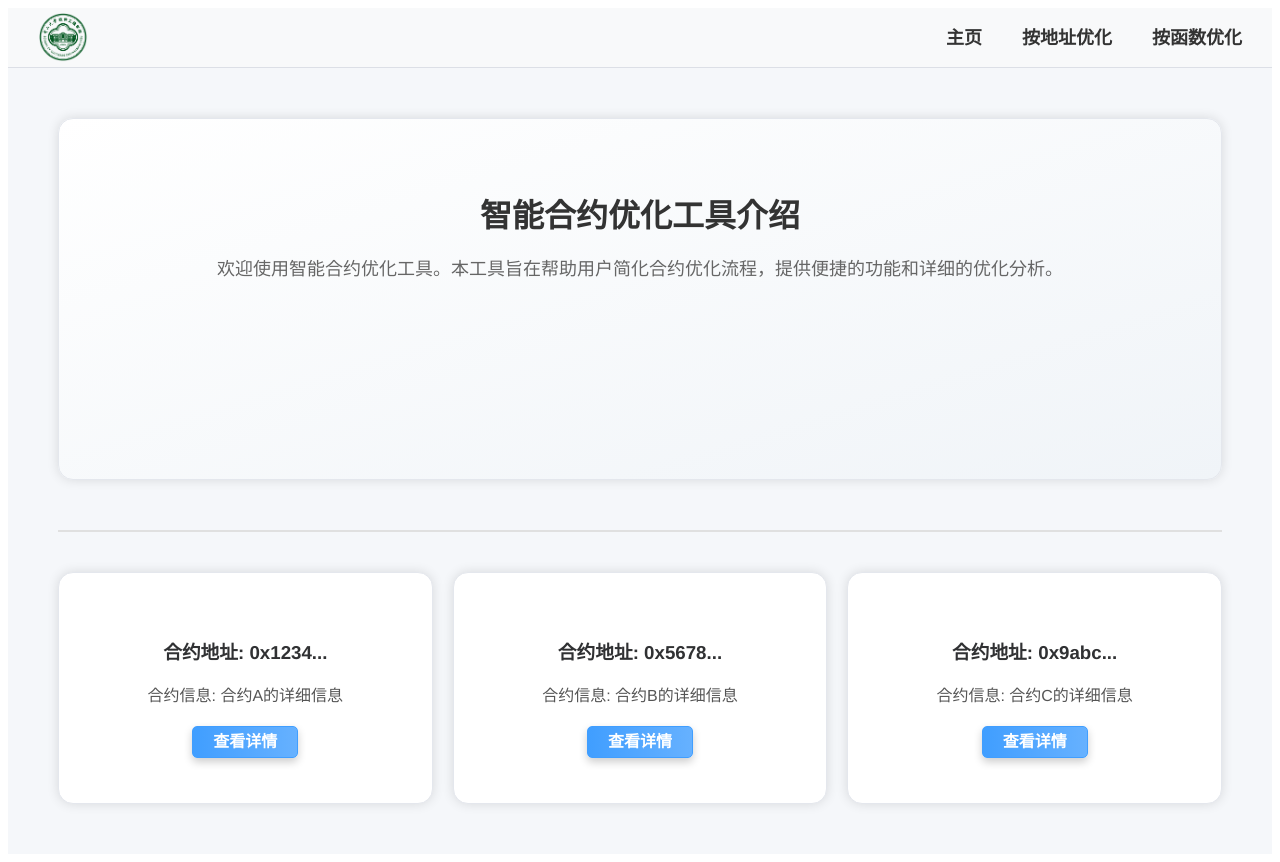
Repository: syckcoding/SmartHalo
Page: /
The author's editor kept a copy of each file at every save. The page is drawn from the files as they stood at one save, then again after the next save.
The browser window is 1280 px wide. The pictures show the whole page.
The project was rebuilt for these pictures with package versions that can differ from the ones it lists, and the page was loaded fresh each time. Also part of the build but not shown: vite.config.js, src/views/Detail.vue, src/components/AddressOptimization.vue, src/components/FunctionOptimization.vue.

Above is the page before, as saved 2024-10-06 10:17:09.

### src/main.js
import { createApp } from 'vue';
import App from './App.vue';
import router from './router';
import ElementPlus from 'element-plus';
import 'element-plus/dist/index.css';

createApp(App).use(router).use(ElementPlus).mount('#app');

### src/App.vue
<template>
  <div id="app">
    <Navbar />
    <router-view />
  </div>
</template>

<script>
import Navbar from './components/Navbar.vue';

export default {
  components: {
    Navbar,
  },
};
</script>

<style>
/* 样式设置 */
#app {
  font-family: Avenir, Helvetica, Arial, sans-serif;
  text-align: center;
  color: #2c3e50;
}
</style>

### src/router/index.js
import { createRouter, createWebHistory } from 'vue-router';
import Home from '../views/Home.vue';
import Detail from '../views/Detail.vue';
import AddressOptimization from '@/components/AddressOptimization.vue';
import FunctionOptimization from '@/components/FunctionOptimization.vue';

const routes = [
  { path: '/', name: 'Home', component: Home },
  { path: '/detail/:id', name: 'Detail', component: Detail, props: true },
  { path: '/address-optimization', name: 'AddressOptimization', component: AddressOptimization },
  { path: '/function-optimization', name: 'FunctionOptimization', component: FunctionOptimization },
];

const router = createRouter({
  history: createWebHistory(process.env.BASE_URL),
  routes,
});

export default router;

### src/components/Navbar.vue
<template>
  <el-menu :default-active="activeIndex" class="el-menu-demo" mode="horizontal" router>
    <el-menu-item index="0" class="logo-item">
      <img src="@/assets/intro-image.png" alt="工具LOGO" class="intro-logo" />
    </el-menu-item>
    <div class="menu-right">
      <el-menu-item index="1" @click="goToHome">主页</el-menu-item>
      <el-menu-item index="2" @click="goToAddressOptimization">按地址优化</el-menu-item>
      <el-menu-item index="3" @click="goToFunctionOptimization">按函数优化</el-menu-item>
    </div>
  </el-menu>
</template>

<script>
export default {
  data() {
    return {
      activeIndex: '1',
    };
  },
  methods: {
    goToHome() {
      this.activeIndex = '1';
      this.$router.push({ name: 'Home' });
    },
    goToAddressOptimization() {
      this.activeIndex = '2';
      this.$router.push({ name: 'AddressOptimization' });
    },
    goToFunctionOptimization() {
      this.activeIndex = '3';
      this.$router.push({ name: 'FunctionOptimization', params: { mode: 'function' } });
    },
  },
};
</script>

<style scoped>
.el-menu-demo {
  background-color: #f8f9fa;  /* 浅灰色背景，与主页阴影一致 */
  color: #333;
  padding: 10px;
  display: flex;  /* 使用Flex布局 */
  align-items: center;
  justify-content: space-between; /* 主轴两端对齐，使左侧logo与右侧菜单分别靠边 */
}

.logo-item {
  pointer-events: none;
}

.intro-logo {
  width: 50px;
  height: 50px;
  margin-right: 20px;
}

.el-menu-demo .el-menu-item {
  color: #333;
  font-size: 18px;
  font-weight: bold;
  padding: 0 20px;
  transition: color 0.3s ease;
}

.menu-right {
  display: flex;
}
</style>

### src/views/Home.vue
<template>
    <div>
      <HomePage />
    </div>
  </template>

  <script>
  import HomePage from '../components/HomePage.vue';

  export default {
    components: {
      HomePage,
    },
  };
  </script>

  <style scoped>
  /* 可根据需要添加样式 */
  </style>

### src/components/HomePage.vue
<template>
  <div class="home">
    <el-row :gutter="20" class="intro-section">
      <el-col :span="24">
        <el-card class="intro-card">
          <h1 class="intro-title">智能合约优化工具介绍</h1>
          <p class="intro-description">欢迎使用智能合约优化工具。本工具旨在帮助用户简化合约优化流程，提供便捷的功能和详细的优化分析。</p>
        </el-card>
      </el-col>
    </el-row>

    <div class="divider"></div>

    <el-row :gutter="20" class="contracts">
      <el-col :span="8" v-for="contract in contracts" :key="contract.id">
        <el-card class="box-card">
          <div class="card-header">
            <h3>合约地址: {{ contract.address }}</h3>
          </div>
          <div class="card-content">
            <p>合约信息: {{ contract.info }}</p>
          </div>
          <div class="card-actions center-button">
            <el-button type="primary" @click="viewDetails(contract.id)" class="details-button">
              <i class="el-icon-search"></i> 查看详情
            </el-button>
          </div>
        </el-card>
      </el-col>
    </el-row>
  </div>
</template>

<script>
export default {
  data() {
    return {
      contracts: [
        { id: 1, address: '0x1234...', info: '合约A的详细信息' },
        { id: 2, address: '0x5678...', info: '合约B的详细信息' },
        { id: 3, address: '0x9abc...', info: '合约C的详细信息' },
      ],
    };
  },
  methods: {
    viewDetails(contractId) {
      this.$router.push({ name: 'Detail', params: { id: contractId } });
    },
  },
};
</script>

<style scoped>
.home {
  padding: 50px;
  background-color: #f5f7fa; /* 柔和的浅灰色背景，减少视觉疲劳 */
}
.intro-section {
  margin-bottom: 50px;
}
.intro-card {
  padding: 30px;
  min-height: 300px;
  background: linear-gradient(to bottom right, #ffffff, #f0f4f8); /* 添加背景渐变，使卡片更具视觉吸引力 */
  border-radius: 15px; /* 增加圆角，使卡片更柔和 */
  box-shadow: 0 6px 12px rgba(0, 0, 0, 0.1); /* 加深阴影，突出卡片效果 */
}
.intro-title {
  font-size: 32px;
  font-weight: bold;
  color: #333;
  margin-bottom: 15px;
}
.intro-description {
  font-size: 18px;
  color: #666;
}
.intro-features {
  margin-top: 20px;
  padding-left: 20px;
  font-size: 16px;
  color: #666;
}
.intro-features li {
  margin-bottom: 10px;
}
.divider {
  height: 2px;
  background-color: #e0e0e0;
  margin: 40px 0; /* 增加顶部和底部间距，分隔引导和合约部分 */
}
.contracts {
  margin-top: 40px;
}
.box-card {
  padding: 25px;
  background-color: #ffffff;
  border-radius: 15px;
  box-shadow: 0 6px 12px rgba(0, 0, 0, 0.1);
  transition: transform 0.3s ease, box-shadow 0.3s ease; /* 添加阴影和位置变化的过渡效果 */
}
.box-card:hover {
  transform: translateY(-8px);
  box-shadow: 0 12px 24px rgba(0, 0, 0, 0.15); /* 悬停时增加阴影，提升卡片的层次感 */
}
.card-header {
  margin-bottom: 15px;
}
.card-content {
  font-size: 16px;
  color: #555;
  margin-bottom: 20px;
}
.card-actions {
  text-align: center;
  display: flex;
  justify-content: center;
  align-items: center;
}
.center-button {
  margin-top: 20px;
}
.details-button {
  background: linear-gradient(to right, #409eff, #66b1ff); /* 添加渐变背景，使按钮更显眼 */
  border-color: #409eff;
  color: #ffffff;
  padding: 10px 20px;
  font-size: 16px;
  font-weight: bold;
  border-radius: 5px;
  box-shadow: 0 4px 8px rgba(0, 0, 0, 0.2); /* 添加轻微的发光效果，突出按钮 */
}
.details-button:hover {
  background: linear-gradient(to right, #66b1ff, #409eff); /* 悬停时反向渐变，增强交互感 */
  border-color: #66b1ff;
}
</style>

Loaded but not shown: index.html (common file)

After the next save:
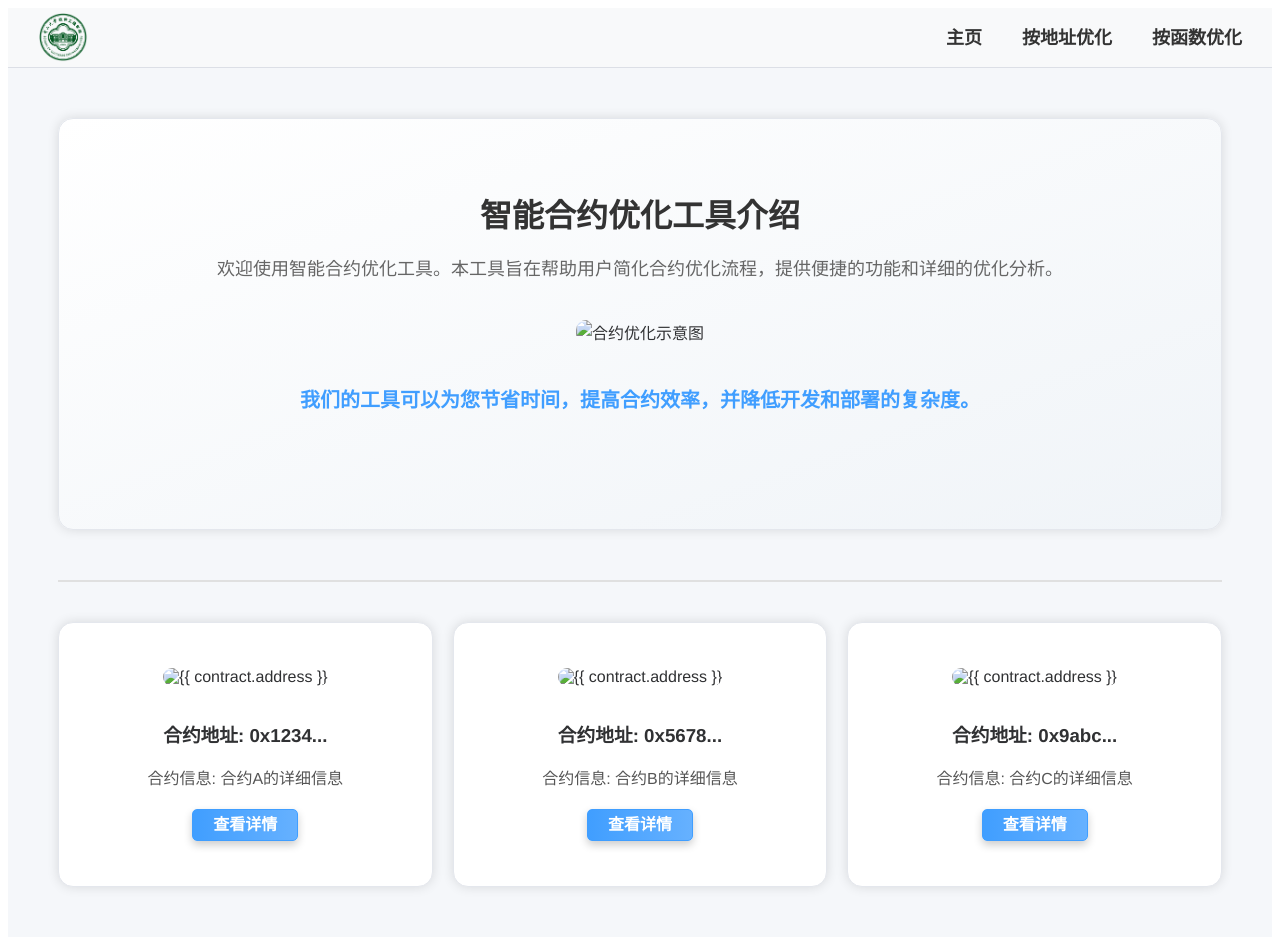
Not found: path/to/contractA-image.jpg
Not found: path/to/contractB-image.jpg
Not found: path/to/contractC-image.jpg
Saved 103 s later.
--- a/src/components/HomePage.vue
+++ b/src/components/HomePage.vue
@@ -5,6 +5,8 @@
         <el-card class="intro-card">
           <h1 class="intro-title">智能合约优化工具介绍</h1>
           <p class="intro-description">欢迎使用智能合约优化工具。本工具旨在帮助用户简化合约优化流程，提供便捷的功能和详细的优化分析。</p>
+          <img src="/path/to/intro-image.jpg" alt="合约优化示意图" class="intro-image" />
+          <p class="intro-highlight">我们的工具可以为您节省时间，提高合约效率，并降低开发和部署的复杂度。</p>
         </el-card>
       </el-col>
     </el-row>
@@ -14,6 +16,7 @@
     <el-row :gutter="20" class="contracts">
       <el-col :span="8" v-for="contract in contracts" :key="contract.id">
         <el-card class="box-card">
+          <img :src="contract.image" alt="{{ contract.address }}" class="contract-image" />
           <div class="card-header">
             <h3>合约地址: {{ contract.address }}</h3>
           </div>
@@ -36,9 +39,9 @@
   data() {
     return {
       contracts: [
-        { id: 1, address: '0x1234...', info: '合约A的详细信息' },
-        { id: 2, address: '0x5678...', info: '合约B的详细信息' },
-        { id: 3, address: '0x9abc...', info: '合约C的详细信息' },
+        { id: 1, address: '0x1234...', info: '合约A的详细信息', image: '/path/to/contractA-image.jpg' },
+        { id: 2, address: '0x5678...', info: '合约B的详细信息', image: '/path/to/contractB-image.jpg' },
+        { id: 3, address: '0x9abc...', info: '合约C的详细信息', image: '/path/to/contractC-image.jpg' },
       ],
     };
   },
@@ -60,7 +63,7 @@
 }
 .intro-card {
   padding: 30px;
-  min-height: 300px;
+  min-height: 350px;
   background: linear-gradient(to bottom right, #ffffff, #f0f4f8); /* 添加背景渐变，使卡片更具视觉吸引力 */
   border-radius: 15px; /* 增加圆角，使卡片更柔和 */
   box-shadow: 0 6px 12px rgba(0, 0, 0, 0.1); /* 加深阴影，突出卡片效果 */
@@ -74,15 +77,20 @@
 .intro-description {
   font-size: 18px;
   color: #666;
+  margin-bottom: 20px;
 }
-.intro-features {
+.intro-highlight {
+  font-size: 20px;
+  font-weight: bold;
+  color: #409eff;
   margin-top: 20px;
-  padding-left: 20px;
-  font-size: 16px;
-  color: #666;
 }
-.intro-features li {
-  margin-bottom: 10px;
+.intro-image {
+  width: 100%;
+  max-height: 200px;
+  object-fit: cover;
+  margin: 20px 0;
+  border-radius: 10px;
 }
 .divider {
   height: 2px;
@@ -102,6 +110,13 @@
 .box-card:hover {
   transform: translateY(-8px);
   box-shadow: 0 12px 24px rgba(0, 0, 0, 0.15); /* 悬停时增加阴影，提升卡片的层次感 */
+}
+.contract-image {
+  width: 100%;
+  max-height: 150px;
+  object-fit: cover;
+  border-radius: 10px;
+  margin-bottom: 15px;
 }
 .card-header {
   margin-bottom: 15px;

After the save that followed:
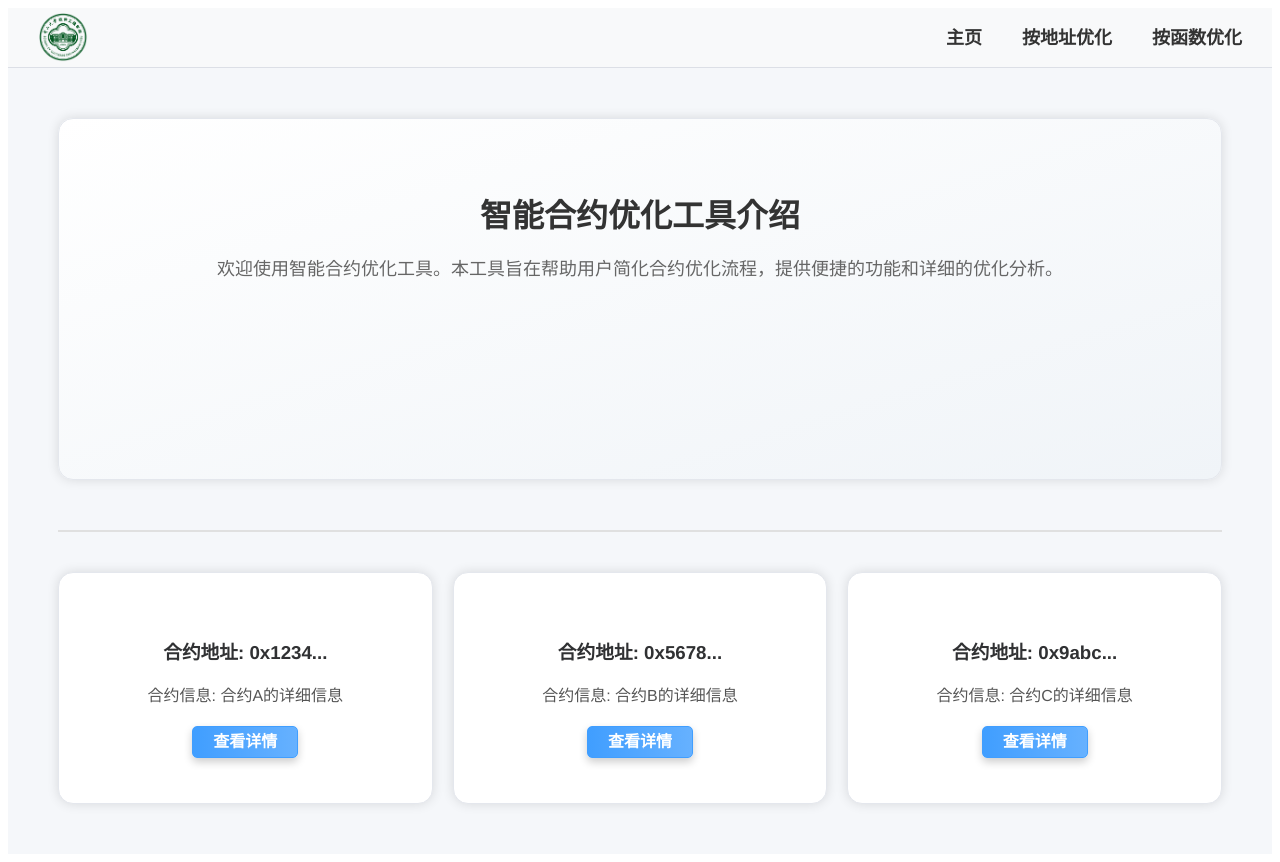
Saved 23 s later.
--- a/src/components/HomePage.vue
+++ b/src/components/HomePage.vue
@@ -5,8 +5,6 @@
         <el-card class="intro-card">
           <h1 class="intro-title">智能合约优化工具介绍</h1>
           <p class="intro-description">欢迎使用智能合约优化工具。本工具旨在帮助用户简化合约优化流程，提供便捷的功能和详细的优化分析。</p>
-          <img src="/path/to/intro-image.jpg" alt="合约优化示意图" class="intro-image" />
-          <p class="intro-highlight">我们的工具可以为您节省时间，提高合约效率，并降低开发和部署的复杂度。</p>
         </el-card>
       </el-col>
     </el-row>
@@ -16,7 +14,6 @@
     <el-row :gutter="20" class="contracts">
       <el-col :span="8" v-for="contract in contracts" :key="contract.id">
         <el-card class="box-card">
-          <img :src="contract.image" alt="{{ contract.address }}" class="contract-image" />
           <div class="card-header">
             <h3>合约地址: {{ contract.address }}</h3>
           </div>
@@ -39,9 +36,9 @@
   data() {
     return {
       contracts: [
-        { id: 1, address: '0x1234...', info: '合约A的详细信息', image: '/path/to/contractA-image.jpg' },
-        { id: 2, address: '0x5678...', info: '合约B的详细信息', image: '/path/to/contractB-image.jpg' },
-        { id: 3, address: '0x9abc...', info: '合约C的详细信息', image: '/path/to/contractC-image.jpg' },
+        { id: 1, address: '0x1234...', info: '合约A的详细信息' },
+        { id: 2, address: '0x5678...', info: '合约B的详细信息' },
+        { id: 3, address: '0x9abc...', info: '合约C的详细信息' },
       ],
     };
   },
@@ -63,7 +60,7 @@
 }
 .intro-card {
   padding: 30px;
-  min-height: 350px;
+  min-height: 300px;
   background: linear-gradient(to bottom right, #ffffff, #f0f4f8); /* 添加背景渐变，使卡片更具视觉吸引力 */
   border-radius: 15px; /* 增加圆角，使卡片更柔和 */
   box-shadow: 0 6px 12px rgba(0, 0, 0, 0.1); /* 加深阴影，突出卡片效果 */
@@ -77,20 +74,15 @@
 .intro-description {
   font-size: 18px;
   color: #666;
-  margin-bottom: 20px;
 }
-.intro-highlight {
-  font-size: 20px;
-  font-weight: bold;
-  color: #409eff;
+.intro-features {
   margin-top: 20px;
+  padding-left: 20px;
+  font-size: 16px;
+  color: #666;
 }
-.intro-image {
-  width: 100%;
-  max-height: 200px;
-  object-fit: cover;
-  margin: 20px 0;
-  border-radius: 10px;
+.intro-features li {
+  margin-bottom: 10px;
 }
 .divider {
   height: 2px;
@@ -110,13 +102,6 @@
 .box-card:hover {
   transform: translateY(-8px);
   box-shadow: 0 12px 24px rgba(0, 0, 0, 0.15); /* 悬停时增加阴影，提升卡片的层次感 */
-}
-.contract-image {
-  width: 100%;
-  max-height: 150px;
-  object-fit: cover;
-  border-radius: 10px;
-  margin-bottom: 15px;
 }
 .card-header {
   margin-bottom: 15px;
